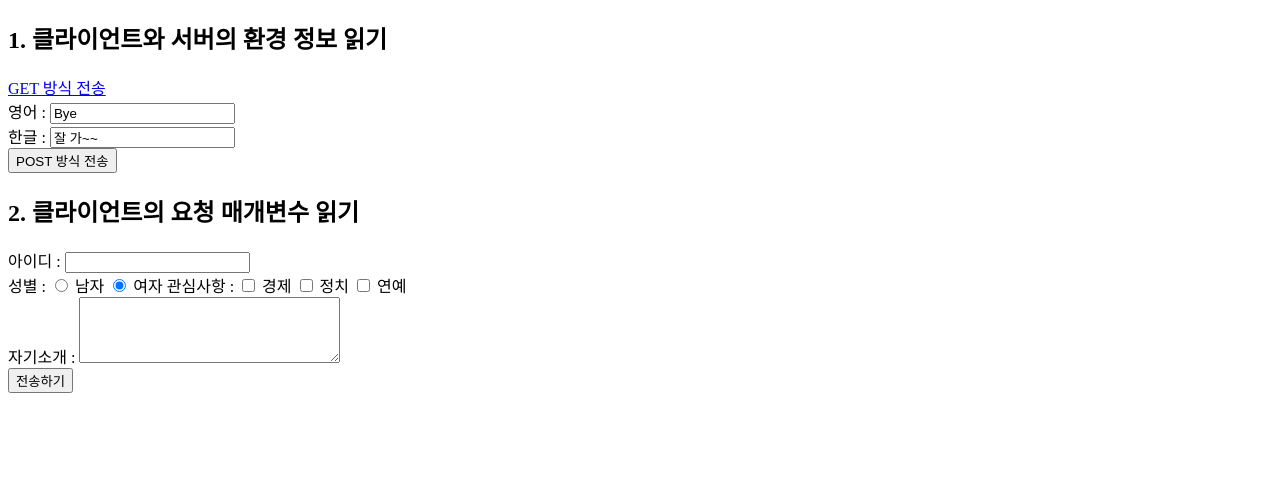
Repository: achul1026/jspStudy
Page: http://localhost/MustHaveJSP/02ImplicitObject/RequestMain.jsp
The author's editor kept a copy of each file at every save. The page is drawn from the files as they stood at one save, then again after the next save.
The browser window is 1280 px wide. The pictures show the whole page.
The page is served by Tomcat 9.

Above is the page before, as saved 2022-09-21 12:13:13.

After the next save:
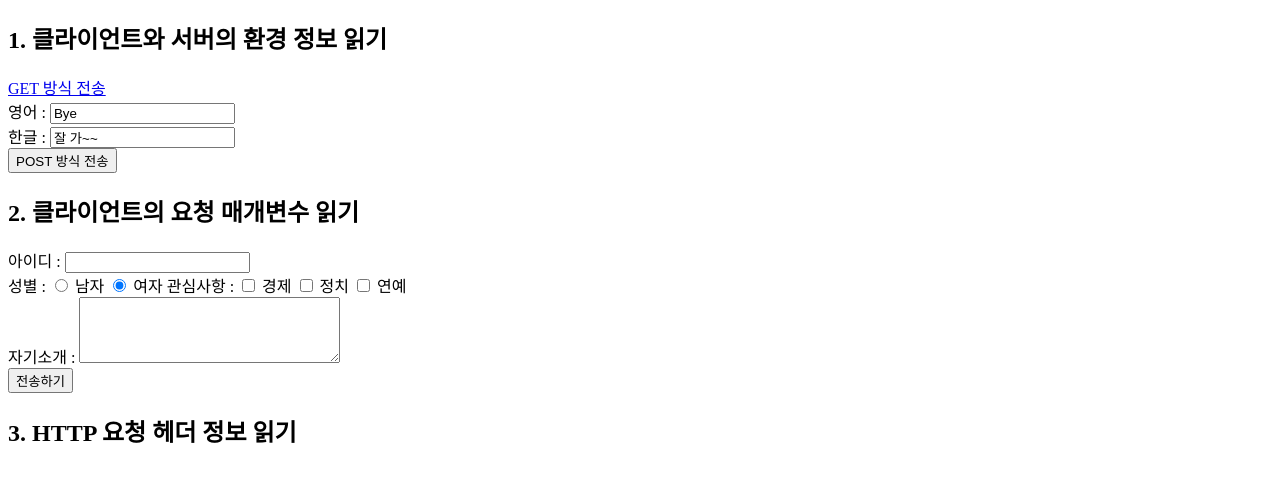
Saved 21 s later.
--- a/MustHaveJSP/src/main/webapp/02ImplicitObject/RequestMain.jsp
+++ b/MustHaveJSP/src/main/webapp/02ImplicitObject/RequestMain.jsp
@@ -35,5 +35,7 @@
 		<br>
 		<input type="submit" value="전송하기">
 	</form>
+
+	<h2>3. HTTP 요청 헤더 정보 읽기</h2>
 </body>
 </html>
